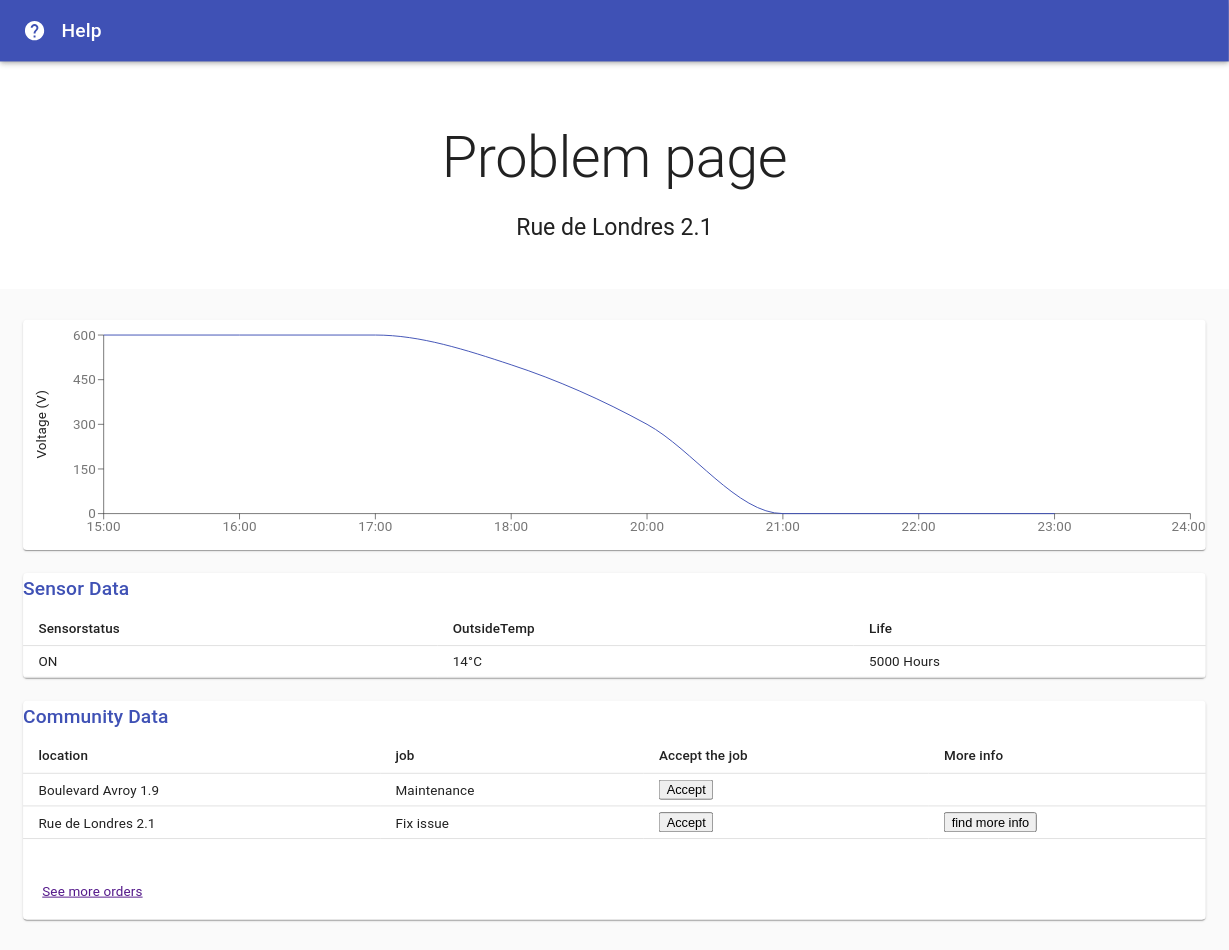
Repository: sapbrussels/intelligenthighway_webapp
Page: /Problempage (app in router/)
The author's editor kept a copy of each file at every save. The page is drawn from the files as they stood at one save, then again after the next save.
The browser window is 1280 px wide. The pictures show the whole page, at 96% of full size.
The project was rebuilt for these pictures with package versions that can differ from the ones it lists, and the page was loaded fresh each time. Also part of the build but not shown: router/src/App.css, router/src/Login.js, router/src/Maps.js, router/src/Jobspage.js, router/src/Direction.js, router/src/Maintenance.js, router/src/Help.js.

Above is the page before, as saved 2020-03-31 15:31:53.

After the next save:
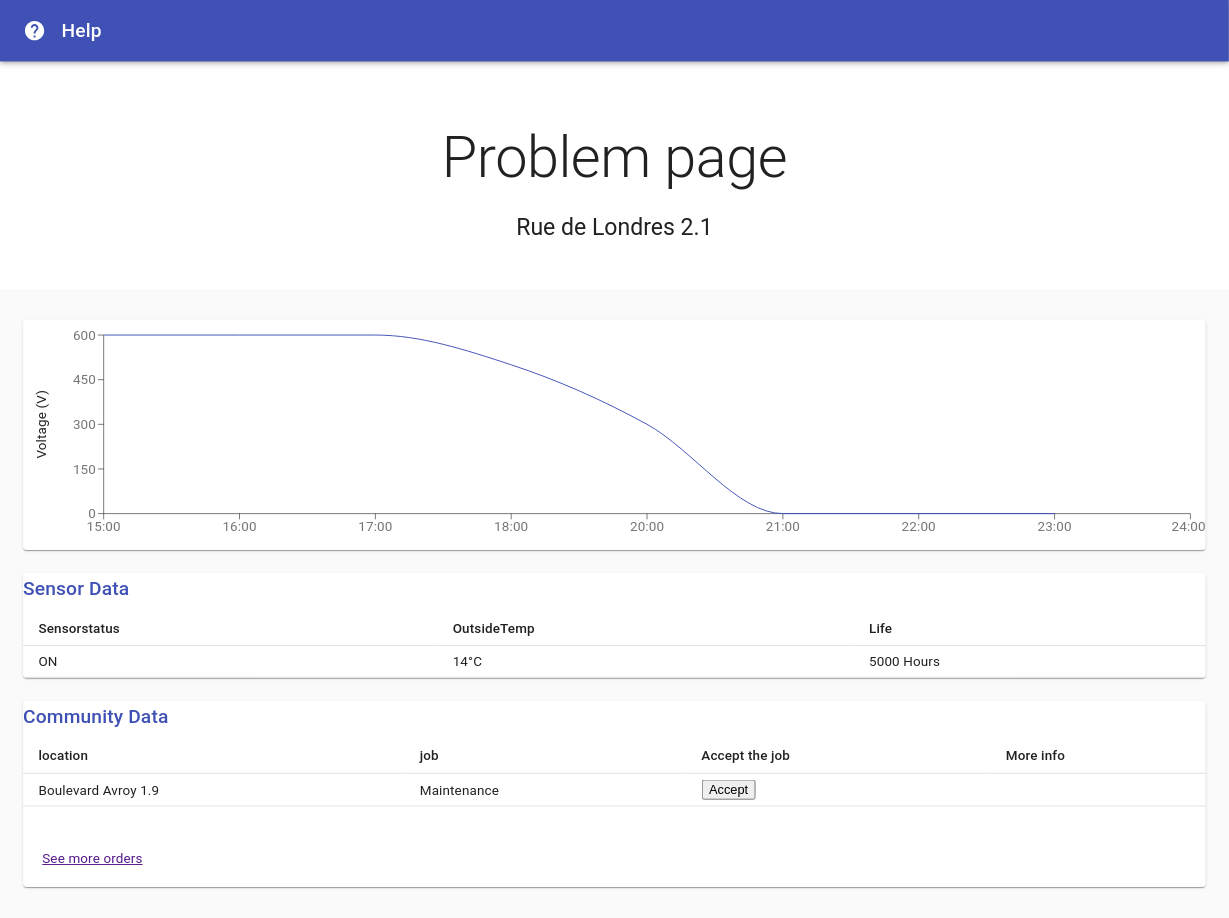
Saved 47 s later.
--- a/router/src/CommunityData.js
+++ b/router/src/CommunityData.js
@@ -15,8 +15,7 @@ function createData(id, location, job, accept, info) {
 
 const rows = [
     createData(0, 'Boulevard Avroy 1.9', 'Maintenance',<Link to="/Maintenance"><button>Accept</button></Link>),
-    createData(1, 'Rue de Londres 2.1', 'Fix issue',<button>Accept</button>, <Link to="/Problempage"><button>find more info</button></Link>),
-];
+]
 
 function preventDefault(event) {
   event.preventDefault();
